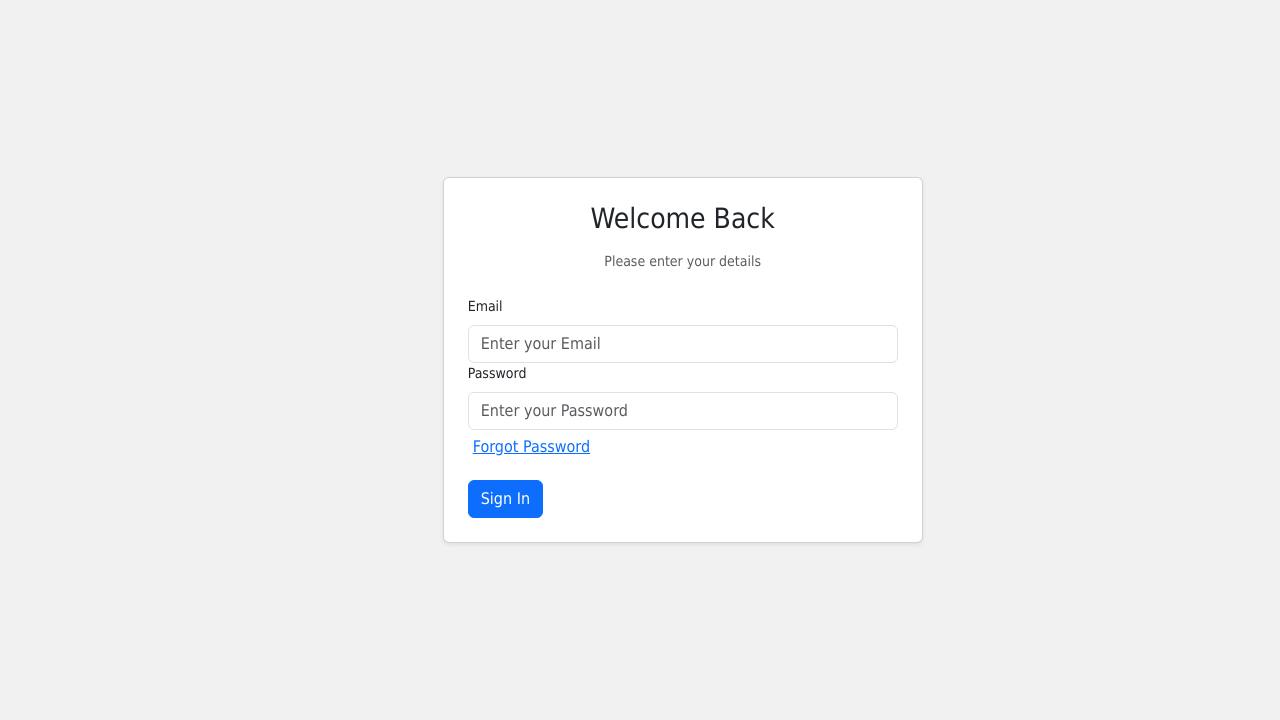
Repository: jhunel18/cms-fe
Page: /
These files come from the project's save history. The page is drawn as it stood at one moment and after a run of saves; the edit follows.
The browser window is 1280 px wide. The pictures show the whole page.
The project was rebuilt for these pictures with package versions that can differ from the ones it lists, and the page was loaded fresh each time. Also part of the build but not shown: vite.config.js, src/ui/Header.jsx, src/ui/SidebarAccountDropdown.jsx, src/components/sidebar/sidebar-style.css, src/ui/UserProfile.jsx, src/components/sidebar/Sidebar.jsx, src/layouts/root-layout/RootLayout.jsx, src/hooks/UseDashboard.jsx and 21 more.

Above is the page before, as saved 2024-10-09 19:13:45.

### src/main.jsx
import { StrictMode } from 'react'
import { createRoot } from 'react-dom/client'
import App from './App.jsx'
import './index.css'
import { BrowserRouter } from "react-router-dom";

createRoot(document.getElementById('root')).render(
  <StrictMode>
   <BrowserRouter>
      <App />
    </BrowserRouter>
  </StrictMode>,
)

### src/App.jsx
import './App.css'
import '@fortawesome/fontawesome-free/css/all.min.css';
import 'bootstrap/dist/css/bootstrap.min.css';
import UserDashboardPage from './pages/user/UserDashboardPage';
import AdminDashboardPage from './pages/admin/AdminDashboardPage'
import LoginPage from './pages/shared/LoginPage';
import ForbiddenPage from './pages/shared/ForbiddenPage';
import {Routes, Route} from 'react-router-dom'
import ProtectedRoute from './components/protected/ProtectedRoute';
import NotFoundPage from './pages/shared/NotFoundPage';
import ViewUsers from './pages/admin/ViewUsersPage'
import ViewSupplies from './pages/user/ViewSuppliesPage';
import ClientsPage from './pages/user/ClientsPage';
import AddUsers from './pages/admin/AddUsersPage';
import AddSupplies from './pages/user/AddSuppliesPage';

function App() {

  return (
    <Routes>
        <Route path="/" element={<LoginPage />} />
        <Route path="/forbidden" element={<ForbiddenPage />} />

        <Route
          path="/admin-dashboard"
          element={
            <ProtectedRoute component={AdminDashboardPage} requiredRole="role_admin" />
          }
        />
         <Route
          path="manage-users/add"
          element={
            <ProtectedRoute component={AddUsers} requiredRole="role_admin" />
          }
        />
         <Route
          path="manage-users/view"
          element={
            <ProtectedRoute component={ViewUsers} requiredRole="role_admin" />
          }
        />
        <Route
          path="/user-dashboard"
          element={
            <ProtectedRoute component={UserDashboardPage} requiredRole="role_user" />
          }
        />
        <Route
          path="/supplies/add"
          element={
            <ProtectedRoute component={AddSupplies} requiredRole="role_user" />
          }
        />
        <Route
          path="/supplies/view"
          element={
            <ProtectedRoute component={ViewSupplies} requiredRole="role_user" />
          }
        />
         <Route
          path="/clients"
          element={
            <ProtectedRoute component={ClientsPage} requiredRole="role_user" />
          }
        />

        <Route path = "*" element= {<NotFoundPage/>}/>
  </Routes>
  )
}

export default App

### src/App.css
html body {
    background-color: #f1f1f1  !important; /* Use !important to ensure it overrides Bootstrap styles */
    margin : 0 !important;
    padding :0 !important;
    color : #343a40 !important;
    font-size: 14px !important;
    font-family: 'Tahoma', sans-serif !important;
}

.custom-wrapper {
    background: #fff;
    padding: 20px;
    margin: 20px;
    border-radius: 10px;
    box-shadow: 0px 0px 6px rgba(0, 0, 0, 0.5);
  }

### src/pages/shared/LoginPage.jsx
import React from 'react'
import LoginLayout from '../../layouts/LoginLayout';
import Login from '../../components/login/Login';

const LoginPage = () => {
  const handleLogin = (credentials) => {
    console.log('Login successful');
};
  return (
    <LoginLayout>
    <Login onSubmit={handleLogin}/>
  </LoginLayout>
  )
}

export default LoginPage

### src/utils/TokenHelpers.jsx
import Cookies from 'js-cookie';
import {jwtDecode} from 'jwt-decode';

export const getToken = () => {
  return Cookies.get('auth_token');
};

export const getUserRoleFromToken = (token) => {
  try {
    const decodedToken = jwtDecode(token);
    return decodedToken.roles[0].toLowerCase(); // Assuming roles is an array and returning the first role
  } catch (error) {
    console.error('Token decoding failed:', error);
    return null;
  }
};

export const getUserRole = () => {
  const token = getToken();
  if (!token) {
    return null; // No token means no role
  }
  return getUserRoleFromToken(token);
};

### src/layouts/LoginLayout.jsx
import React from 'react'

const LoginLayout = ({children}) => {
  return (
    <div className='login-layout'>
            {children}
    </div>
  )
}

export default LoginLayout

### src/components/login/Login.jsx
import React, { useState } from "react";
import { AuthenticationService } from "../../services/AuthenticationService";
import { Form, Button, Card, Container, Row, Col } from 'react-bootstrap';
import toast, { Toaster } from 'react-hot-toast';
import { useNavigate } from 'react-router-dom';

const Login = ({ onSubmit }) => {
  const [formData, setFormData] = useState({ email: "", password: "" });
  const navigate = useNavigate();

  const handleChange = (event) => {
    const { name, value } = event.target;
    setFormData((prevData) => ({
      ...prevData,
      [name]: value,
    }));
  };

  const handleSubmit = async (event) => {
    event.preventDefault();

    try {
      const role = await AuthenticationService.login(formData);
      onSubmit(role);
      toast.success('Login successful');

      // Redirect based on role
      const redirectPath = role === 'role_admin' ? '/admin-dashboard' : '/user-dashboard';
      setTimeout(() => navigate(redirectPath), 1000);

    } catch (error) {
      console.error('Login error:', error);
      toast.error('Login failed. Please check your credentials.');
    }
  };
  return (
    <Container fluid className="d-flex align-items-center justify-content-center" style={{ height: '100vh' }}>
      <Row className="justify-content-center w-100">
        <Col  xs={12} md={6} lg={4}>
          <Card className="p-4 shadow-sm" style={{ width: '30rem' }}>
            <Toaster position="top-center" />
            <h1 className="h3 mb-3 font-weight-normal text-center">Welcome Back</h1>
            <p className="text-center text-muted mb-4">Please enter your details</p>
            <Form onSubmit={handleSubmit}>
              <Form.Group controlId="email">
                <Form.Label className="font-weight-bold">Email</Form.Label>
                <Form.Control
                  size="md"
                  type="email"
                  name="email"
                  value={formData.email}
                  onChange={handleChange}
                  placeholder="Enter your Email"
                  required
                />
              </Form.Group>
              <Form.Group controlId="password">
                <Form.Label className="font-weight-bold">Password</Form.Label>
                <Form.Control
                size="md"
                  type="password"
                  name="password"
                  value={formData.password}
                  onChange={handleChange}
                  placeholder="Enter your Password"
                  required
                />
              </Form.Group>
              {/* <Form.Group controlId="remember" className="mb-3">
                <Form.Check
                  type="checkbox"
                  label="Remember Me"
                />
              </Form.Group> */}
              <div className="text-right mb-3">
                <Button variant="link" className="p-1">Forgot Password</Button>
              </div>
              <Button variant="primary" size="md" type="submit" block>
                Sign In
              </Button>
            </Form>
          </Card>
        </Col>
      </Row>
    </Container>
  );
};

export default Login;

### src/services/AuthenticationService.js
import axios from 'axios';
import Cookies from 'js-cookie';
import { getUserRole, getToken } from '../utils/TokenHelpers';

const API_URL = 'http://localhost:8080';

export const AuthenticationService = {
  async login(credentials) {
    try {
      const response = await axios.post(`${API_URL}/api/auth/`, credentials, {
        headers: {
          'Content-Type': 'application/json',
        },
      });

      const token = response.data.accessToken;
      if (token) {
        Cookies.set('auth_token', token, { expires: 7 });
        const userRole = getUserRole();

        if (!userRole || !['role_user', 'role_admin'].includes(userRole)) {
          throw new Error('Invalid user role');
        }

        return userRole; // Return the role (admin/user)
      } else {
        throw new Error('Token is undefined');
      }
    } catch (error) {
      throw new Error(`Login failed: ${error.response ? error.response.data.message : error.message}`);
    }
  },

 logout() {
    Cookies.remove('auth_token');
  },
};

Loaded but not shown: index.html (common file); src/index.css (no stored copy; drawn as an empty file)

After the next 4 saves:
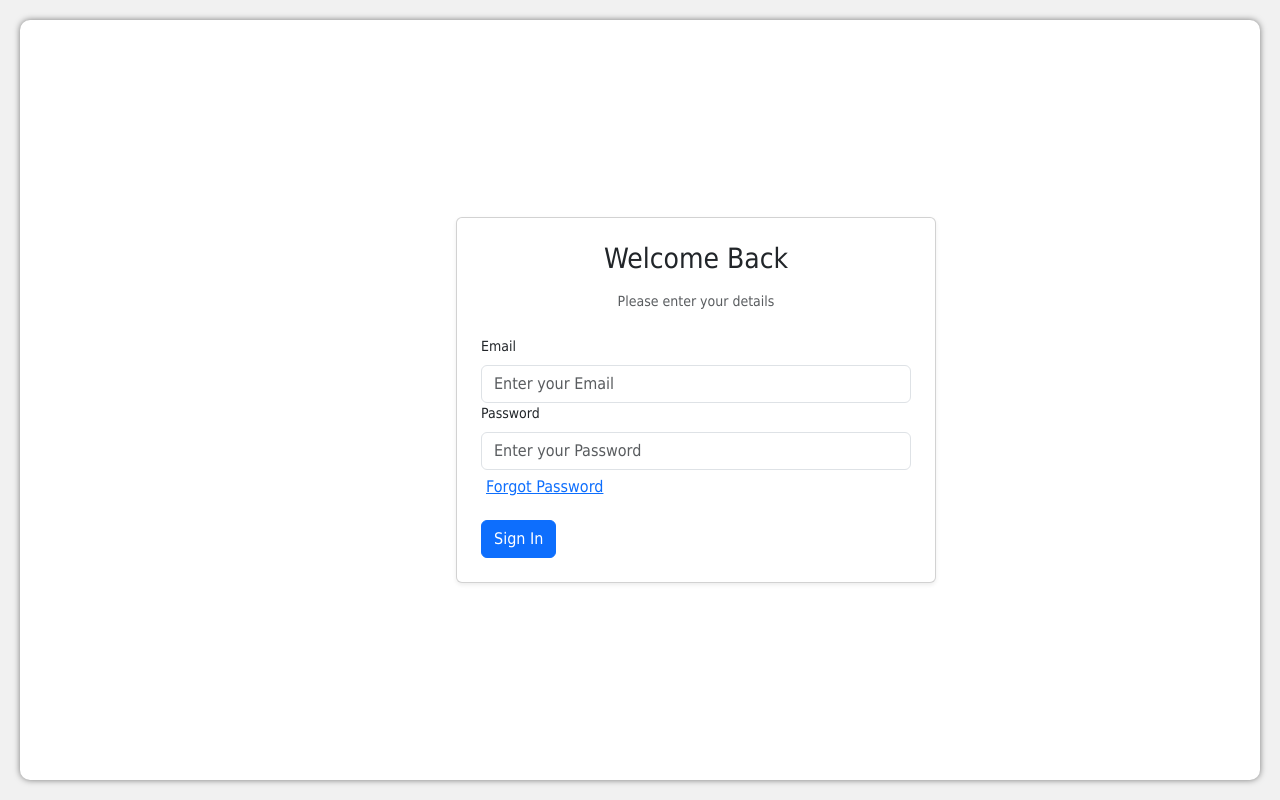
The 4 saves are shown as one change because 1 did not build or start and some came seconds apart.
The last was saved 37 s later.
--- a/src/components/login/Login.jsx
+++ b/src/components/login/Login.jsx
@@ -34,6 +34,7 @@
     }
   };
   return (
+    <div class = "custom-wrapper">
     <Container fluid className="d-flex align-items-center justify-content-center" style={{ height: '100vh' }}>
       <Row className="justify-content-center w-100">
         <Col  xs={12} md={6} lg={4}>
@@ -83,6 +84,7 @@
         </Col>
       </Row>
     </Container>
+    </div>
   );
 };
 

After the 2 saves that followed:
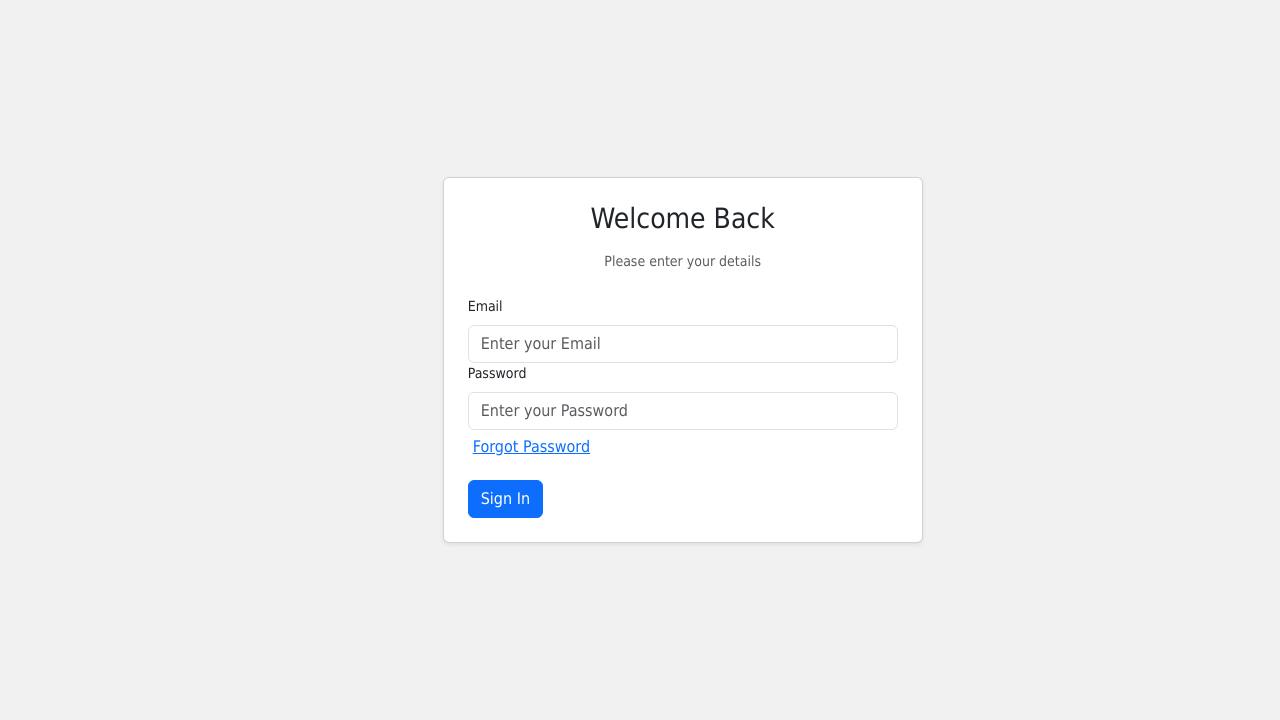
The 2 saves are shown as one change because 1 did not build or start.
The last was saved 19 s later.
--- a/src/components/login/Login.jsx
+++ b/src/components/login/Login.jsx
@@ -34,7 +34,6 @@
     }
   };
   return (
-    <div class = "custom-wrapper">
     <Container fluid className="d-flex align-items-center justify-content-center" style={{ height: '100vh' }}>
       <Row className="justify-content-center w-100">
         <Col  xs={12} md={6} lg={4}>
@@ -84,7 +83,6 @@
         </Col>
       </Row>
     </Container>
-    </div>
   );
 };
 
